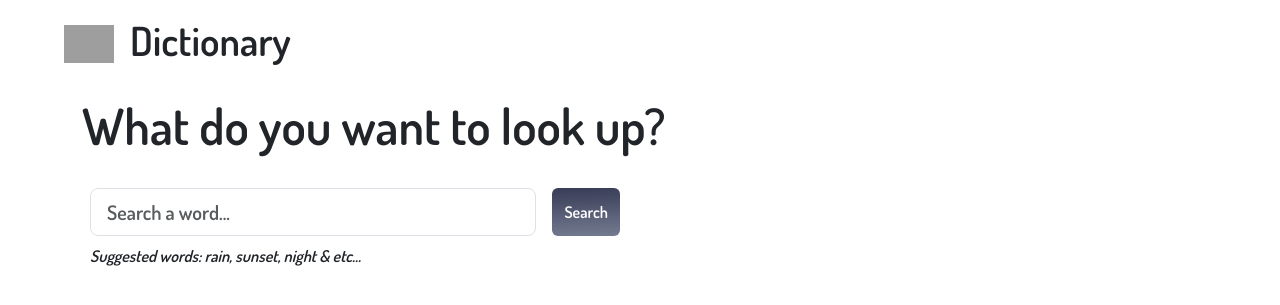
Repository: moehaymanmyint/react-dictionary-app
Page: /
The author's editor kept a copy of each file at every save. The page is drawn from the files as they stood at one save, then again after the next save.
The browser window is 1280 px wide. The pictures show the whole page.
Pictures or frames that could not be fetched are drawn as grey boxes. The project was rebuilt for these pictures with package versions that can differ from the ones it lists, and the page was loaded fresh each time. Also part of the build but not shown: src/Synonyms.js, src/Meaning.js, src/Phonetics.js, src/Results.js, src/Photos.js.

Above is the page before, as saved 2024-09-07 12:14:42.

After the next save:
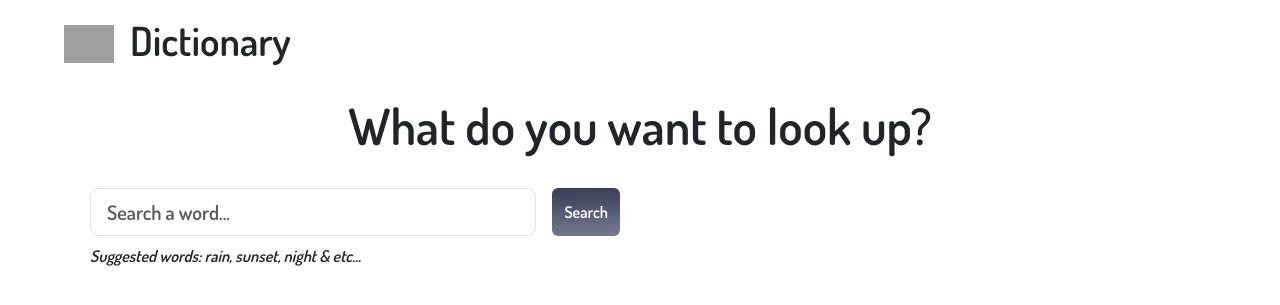
Saved 3 min 18 s later.
--- a/src/Search.js
+++ b/src/Search.js
@@ -40,7 +40,7 @@ export default function Search(){
 
     return (
         <div className="Search">
-            <h1 className="my-4">What do you want to look up?</h1>
+            <h1 className="my-4 text-center">What do you want to look up?</h1>
             <div className="row d-flex">
                 <div className="col-6">
                     <form onSubmit={handleSubmit} className="d-flex">
